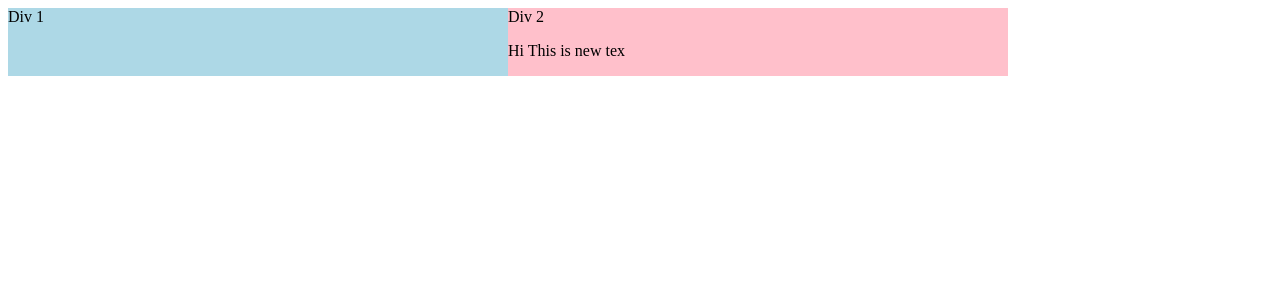
Repository: RagulRanjeeth/Frontend
Page: Exercises/Grids.html
These files come from the project's save history. The page is drawn as it stood at one moment and after the next save; the edit follows.
The browser window is 1280 px wide. The pictures show the whole page.

Above is the page before, as saved 2026-01-25 15:54:16.

### Exercises/Grids.html
<!DOCTYPE html>
<html>
    <head>
        <title>Grid Practice</title>
    </head>
    <body>
        <div style="
        display: grid;
        grid-template-columns: 500px 500px;
        ">
            <div style="background-color: lightblue">Div 1</div>
            <div style="background-color: rgb(255, 192, 203)">Div 2 <p>Hi This is new tex</p></div>
        </div>
    </body>
</html>

After the next save:
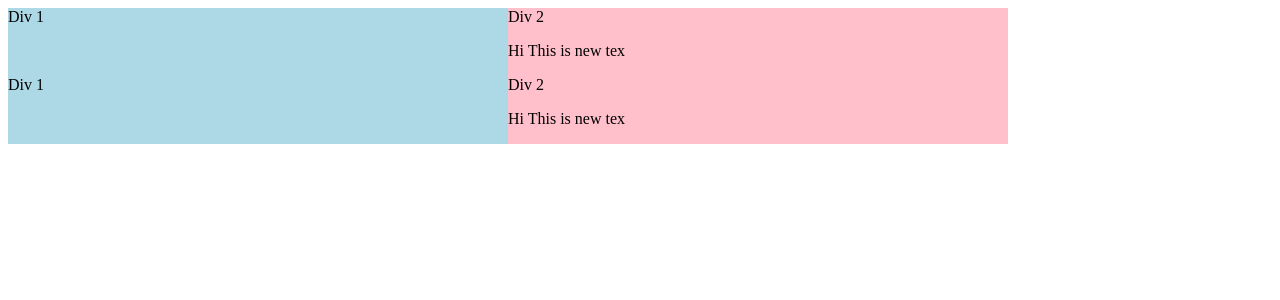
Saved 16 s later.
--- a/Exercises/Grids.html
+++ b/Exercises/Grids.html
@@ -11,5 +11,13 @@
             <div style="background-color: lightblue">Div 1</div>
             <div style="background-color: rgb(255, 192, 203)">Div 2 <p>Hi This is new tex</p></div>
         </div>
+
+        <div style="
+        display: grid;
+        grid-template-columns: 500px 500px;
+        ">
+            <div style="background-color: lightblue">Div 1</div>
+            <div style="background-color: rgb(255, 192, 203)">Div 2 <p>Hi This is new tex</p></div>
+        </div>
     </body>
 </html>
